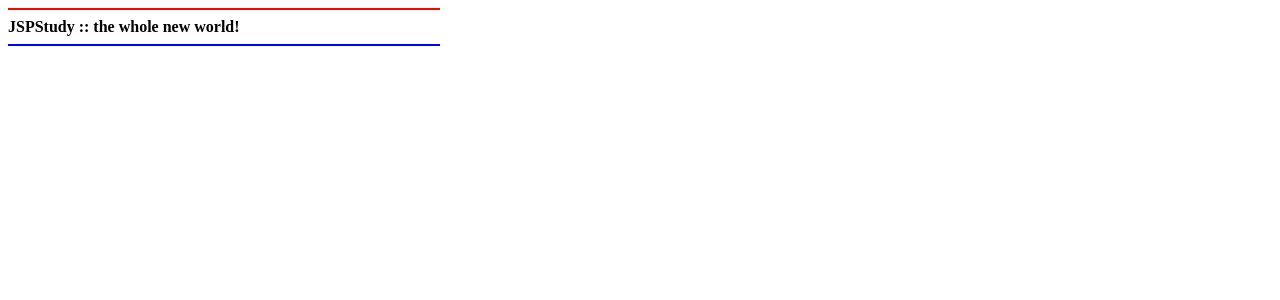
Repository: zboizz/JAVA_practice
Page: http://localhost/myapp/jstl/functionsTags.jsp
An editor plug-in stored every save of this project. The page is shown before and after a run of saves, followed by the edit.
The browser window is 1280 px wide. The pictures show the whole page.
The page is served by Tomcat 9.

Above is the page before, as saved 2020-01-03 05:12:38.

After the next 2 saves:
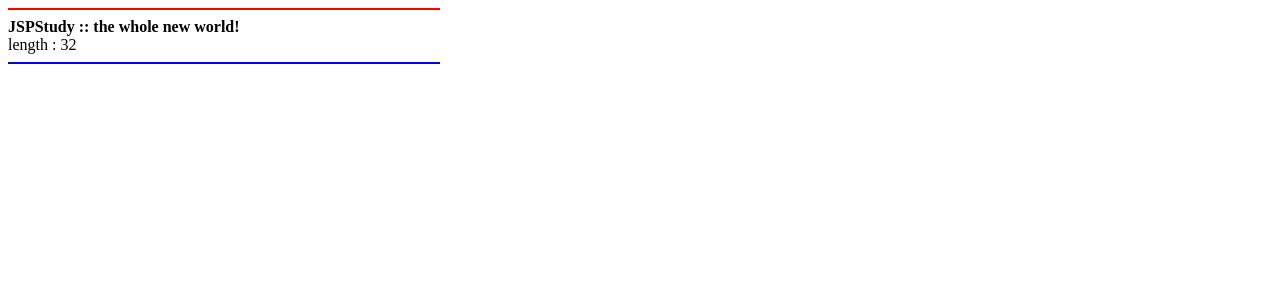
The 2 saves are shown as one change because they came seconds apart.
The last was saved 22 s later.
--- a/myapp/WebContent/jstl/functionsTags.jsp
+++ b/myapp/WebContent/jstl/functionsTags.jsp
@@ -5,4 +5,5 @@
 <c:set var="str" value="JSPStudy :: the whole new world!"/>
 <hr width="430" color="red" align="left"/>
 <b>${str}</b><br/>
+length : ${fn:length(str)}
 <hr width="430" color="blue" align="left"/>
